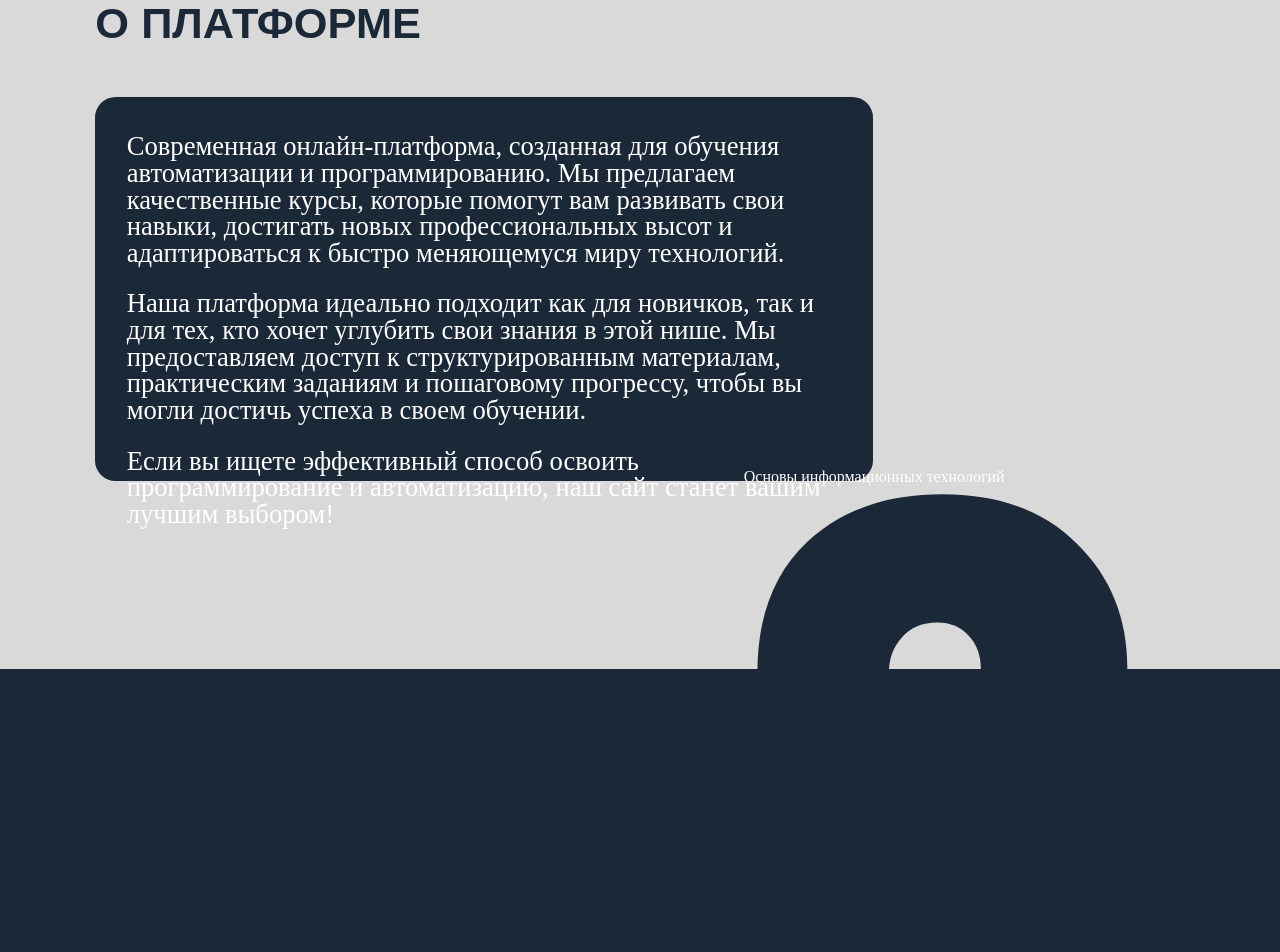
Repository: marjango/course
Page: /
An editor plug-in stored every save of this project. The page is shown before and after the next save, followed by the edit.
The browser window is 1280 px wide. The pictures show the part of the page from y = 1020 to 1972 px (the page is 2728 px tall).
Pictures or frames that could not be fetched are drawn as grey boxes. The project was rebuilt for these pictures with package versions that can differ from the ones it lists, and the page was loaded fresh each time. The framework's server and built-in components were replaced by stand-ins that run in the browser. Also part of the build but not shown: next.config.ts.

Above is the page before, as saved 2025-03-25 01:39:50.

After the next save:
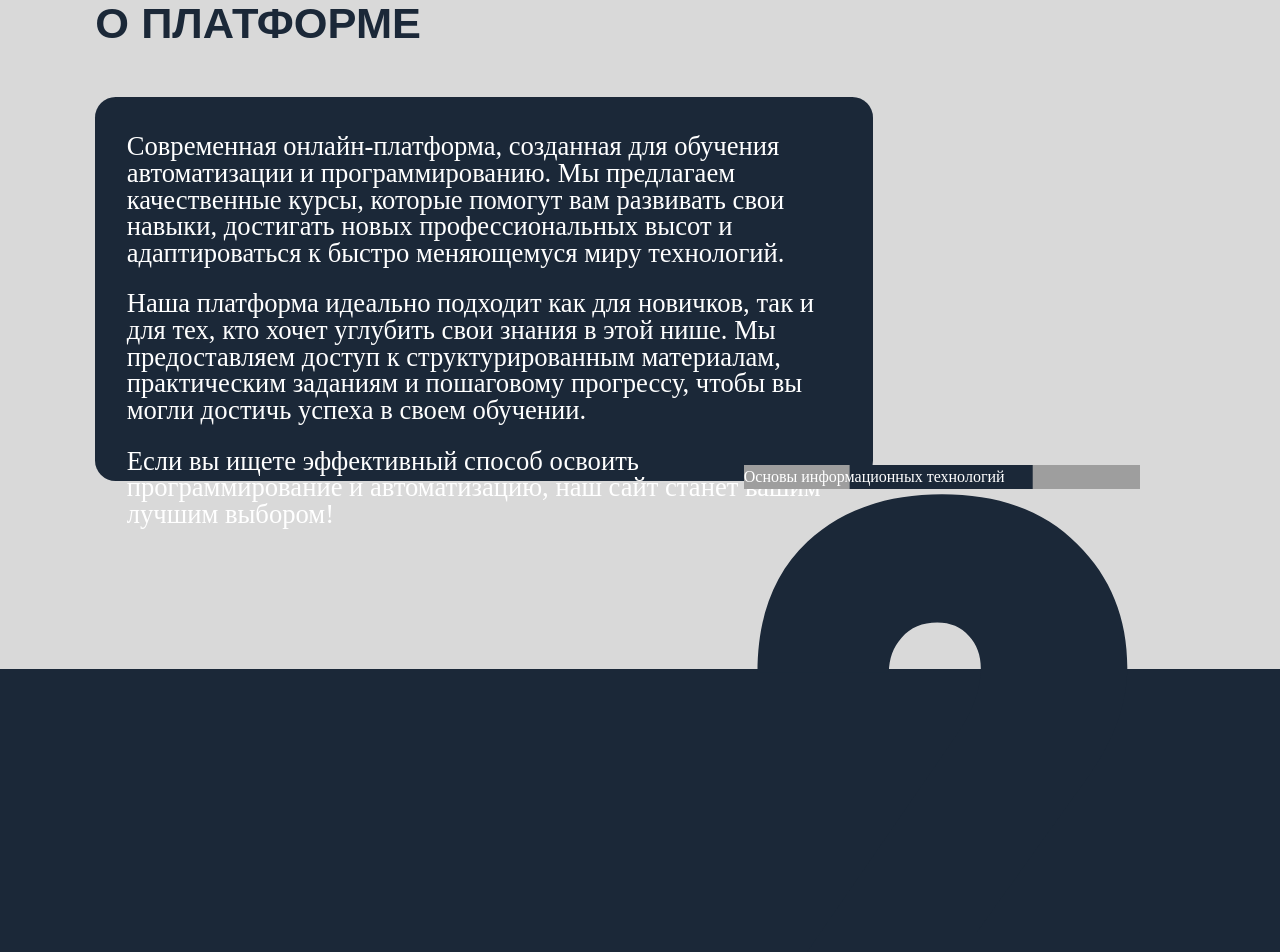
Saved 43 s later.
--- a/app/mainpage/main.module.css
+++ b/app/mainpage/main.module.css
@@ -158,6 +158,7 @@
   }
   .course1  {
     position: relative;
+    z-index: 1;
   }
   .course1 img {
     position: absolute; /* Позиционируем изображение поверх других элементов */
